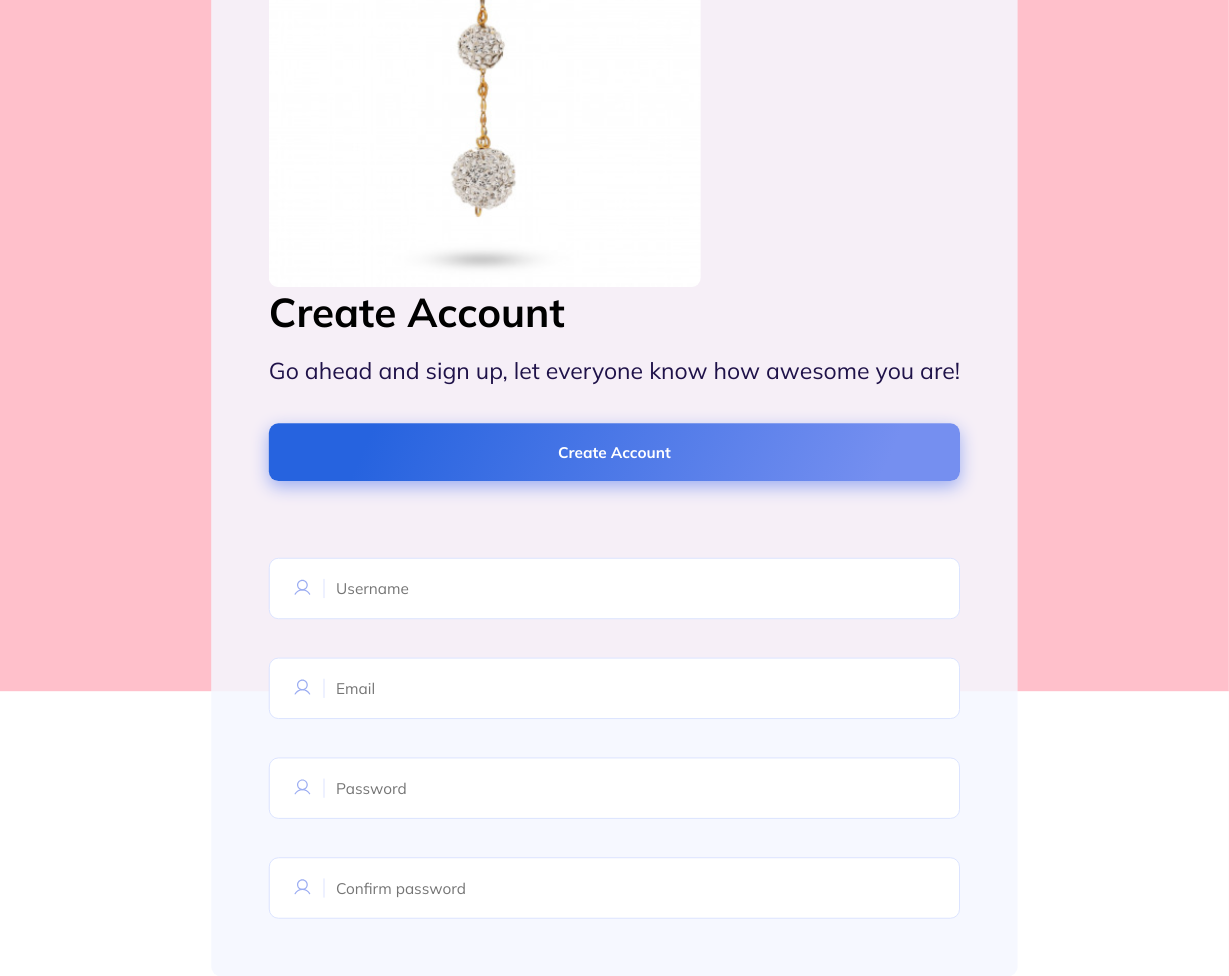
Repository: codezeloss/Valinteca-task
Page: signup.html
The author's editor kept a copy of each file at every save. The page is drawn from the files as they stood at one save, then again after the next save.
The browser window is 1280 px wide. The pictures show the whole page, at 96% of full size.

Above is the page before, as saved 2022-12-09 19:48:46.

After the next save:
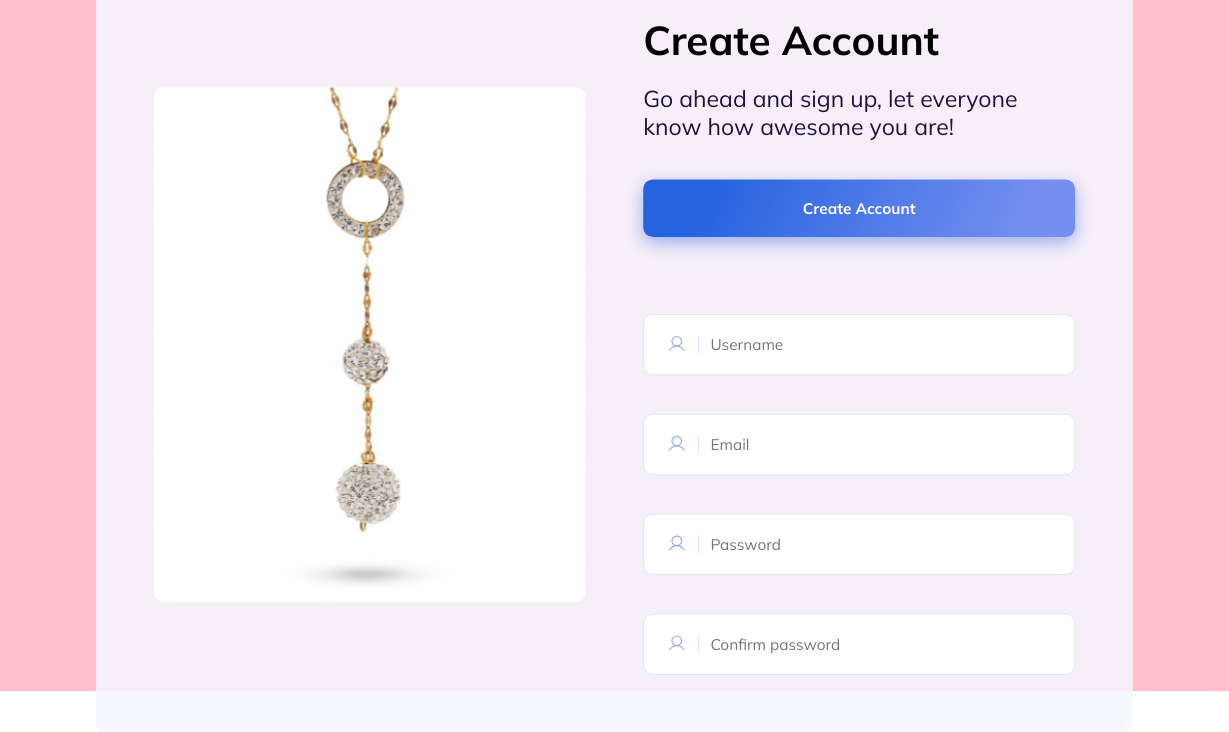
Saved 6 s later.
--- a/css/styles.css
+++ b/css/styles.css
@@ -22,7 +22,7 @@
 }
 
 .box-container {
-  max-width:
+  max-width: 1080px;
   display: flex;
   flex-direction: row;
   gap: 60px;
